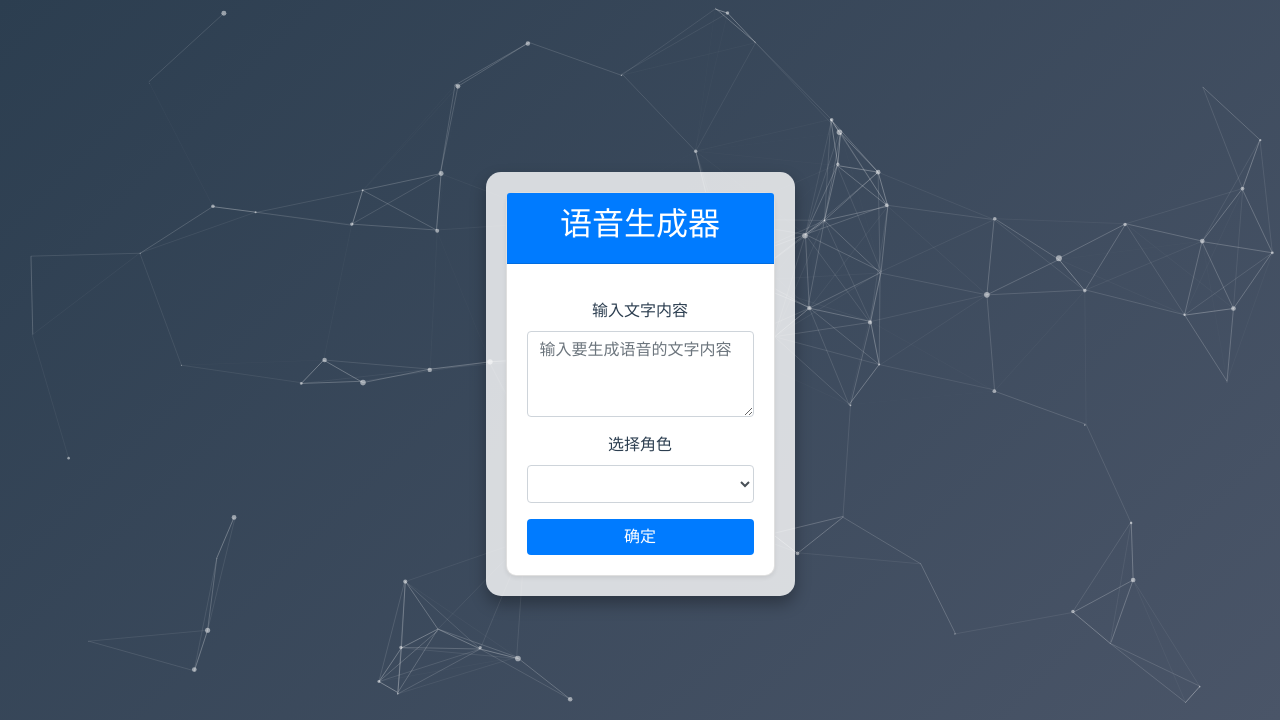
Repository: escapistmost/VOICE
Page: /
These files come from the project's save history. The page is drawn as it stood at one moment and after the next save; the edit follows.
The browser window is 1280 px wide. The pictures show the whole page.
The project was rebuilt for these pictures with package versions that can differ from the ones it lists, and the page was loaded fresh each time. Also part of the build but not shown: vue.config.js.

Above is the page before, as saved 2024-06-01 18:45:32.

### public/index.html
<!DOCTYPE html>
<html lang="en">
  <head>
    <meta charset="utf-8">
    <meta name="viewport" content="width=device-width, initial-scale=1.0">
    <title>Voice Generator</title>
    <link href="https://stackpath.bootstrapcdn.com/bootstrap/4.5.2/css/bootstrap.min.css" rel="stylesheet">
    <link href="/style.css" rel="stylesheet">
  </head>
  <body>
    <div id="app"></div>
    <script src="https://cdn.jsdelivr.net/npm/particles.js@2.0.0"></script>
  </body>
</html>

### src/App.vue
<template>
  <div id="app">
    <div id="particles-js"></div>
    <VoiceGenerator />
  </div>
</template>

<script>
import VoiceGenerator from './components/VoiceGenerator.vue';

export default {
  name: 'App',
  components: {
    VoiceGenerator
  },
  mounted() {
    particlesJS.load('particles-js', '/particles.json', function() {
      console.log('particles.js loaded - callback');
    });
  }
};
</script>

<style>
#app {
  font-family: Avenir, Helvetica, Arial, sans-serif;
  -webkit-font-smoothing: antialiased;
  -moz-osx-font-smoothing: grayscale;
  text-align: center;
  color: #2c3e50;
  height: 100vh;
  display: flex;
  justify-content: center;
  align-items: center;
}
</style>

### src/components/VoiceGenerator.vue
<template>
  <div class="container mt-5">
    <div class="card shadow-sm">
      <div class="card-header bg-primary text-white text-center">
        <h2>语音生成器</h2>
      </div>
      <div class="card-body">
        <div class="form-group">
          <label for="textInput">输入文字内容</label>
          <textarea class="form-control" id="textInput" v-model="text" rows="3" placeholder="输入要生成语音的文字内容"></textarea>
        </div>
        <div class="form-group">
          <label for="roleSelect">选择角色</label>
          <select class="form-control" id="roleSelect" v-model="selectedRole">
            <option v-for="role in roles" :key="role" :value="role">{{ role }}</option>
          </select>
        </div>
        <button class="btn btn-primary btn-block" @click="generateVoice">确定</button>
        <div v-if="audioUrl" class="mt-4 text-center">
          <audio controls :src="audioUrl"></audio>
          <button class="btn btn-success mt-2" @click="downloadVoice">下载</button>
        </div>
      </div>
    </div>
  </div>
</template>

<script>
export default {
  data() {
    return {
      text: '',
      selectedRole: '',
      roles: ['角色1', '角色2', '角色3'],
      audioUrl: ''
    };
  },
  methods: {
    async generateVoice() {
      try {
        const response = await fetch('API_ENDPOINT', {
          method: 'POST',
          headers: {
            'Content-Type': 'application/json'
          },
          body: JSON.stringify({
            text: this.text,
            role: this.selectedRole
          })
        });

        if (!response.ok) {
          throw new Error(`HTTP error! status: ${response.status}`);
        }

        const data = await response.json();
        this.audioUrl = data.audioUrl; // 假设 API 返回生成语音的 URL
      } catch (error) {
        console.error('Error:', error);
        alert('生成语音时发生错误，请检查控制台以获取更多信息。');
      }
    },
    downloadVoice() {
      const link = document.createElement('a');
      link.href = this.audioUrl;
      link.download = 'generated-voice.mp3';
      link.click();
    }
  }
};
</script>

<style scoped>
.container {
  max-width: 600px;
}
.card {
  border-radius: 10px;
}
</style>

### public/style.css
body {
    margin: 0;
    overflow: hidden;
  }

  #particles-js {
    position: absolute;
    width: 100%;
    height: 100%;
    background: linear-gradient(135deg, #2c3e50 0%, #4a5568 100%);
    background-size: cover;
    z-index: -1;
  }


  .container {
    background: rgba(255, 255, 255, 0.8);
    border-radius: 15px;
    box-shadow: 0 8px 16px rgba(0, 0, 0, 0.3);
    padding: 20px;
    width: 100%;
    max-width: 600px;
  }

  .card-header {
    background-color: #007bff;
    color: white;
    border-radius: 15px 15px 0 0;
  }

  .btn-primary {
    background-color: #007bff;
    border: none;
  }

  .btn-primary:hover {
    background-color: #0056b3;
  }

  audio {
    width: 100%;
    margin-top: 15px;
  }

  .text-center {
    margin-bottom: 15px;
  }

### public/particles.json
{
    "particles": {
      "number": {
        "value": 80,
        "density": {
          "enable": true,
          "value_area": 800
        }
      },
      "color": {
        "value": "#ffffff"
      },
      "shape": {
        "type": "circle",
        "stroke": {
          "width": 0,
          "color": "#000000"
        },
        "polygon": {
          "nb_sides": 5
        },
        "image": {
          "src": "img/github.svg",
          "width": 100,
          "height": 100
        }
      },
      "opacity": {
        "value": 0.5,
        "random": false,
        "anim": {
          "enable": false,
          "speed": 1,
          "opacity_min": 0.1,
          "sync": false
        }
      },
      "size": {
        "value": 3,
        "random": true,
        "anim": {
          "enable": false,
          "speed": 40,
          "size_min": 0.1,
          "sync": false
        }
      },
      "line_linked": {
        "enable": true,
        "distance": 150,
        "color": "#ffffff",
        "opacity": 0.4,
        "width": 1
      },
      "move": {
        "enable": true,
        "speed": 6,
        "direction": "none",
        "random": false,
        "straight": false,
        "out_mode": "out",
        "bounce": false,
        "attract": {
          "enable": false,
          "rotateX": 600,
          "rotateY": 1200
        }
      }
    },
    "interactivity": {
      "detect_on": "canvas",
      "events": {
        "onhover": {
          "enable": true,
          "mode": "repulse"
        },
        "onclick": {
          "enable": true,
          "mode": "push"
        },
        "resize": true
      },
      "modes": {
        "grab": {
          "distance": 400,
          "line_linked": {
            "opacity": 1
          }
        },
        "bubble": {
          "distance": 400,
          "size": 40,
          "duration": 2,
          "opacity": 8,
          "speed": 3
        },
        "repulse": {
          "distance": 200,
          "duration": 0.4
        },
        "push": {
          "particles_nb": 4
        },
        "remove": {
          "particles_nb": 2
        }
      }
    },
    "retina_detect": true
  }

Loaded but not shown: src/main.js (common file)

After the next save:
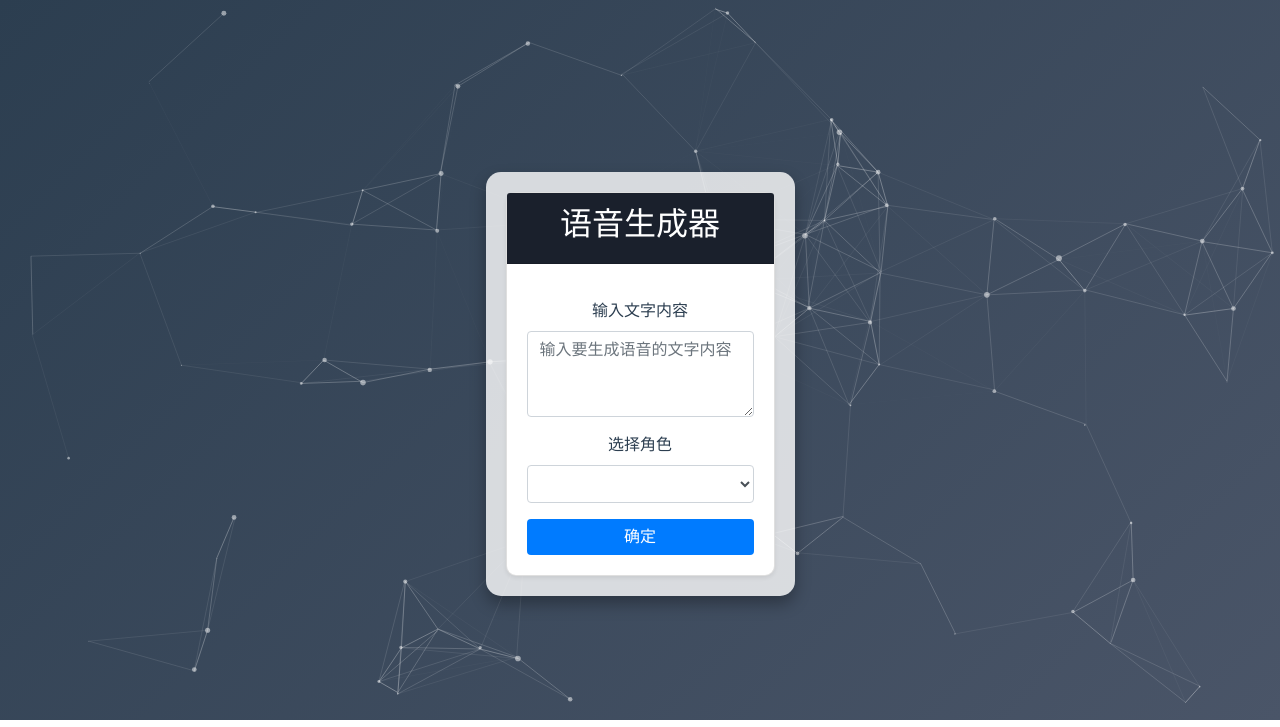
Saved 10 s later.
--- a/src/components/VoiceGenerator.vue
+++ b/src/components/VoiceGenerator.vue
@@ -1,7 +1,7 @@
 <template>
   <div class="container mt-5">
     <div class="card shadow-sm">
-      <div class="card-header bg-primary text-white text-center">
+      <div class="card-header text-white text-center">
         <h2>语音生成器</h2>
       </div>
       <div class="card-body">
@@ -77,4 +77,7 @@ export default {
 .card {
   border-radius: 10px;
 }
+.card-header {
+  background-color: #1a202c;
+}
 </style>
